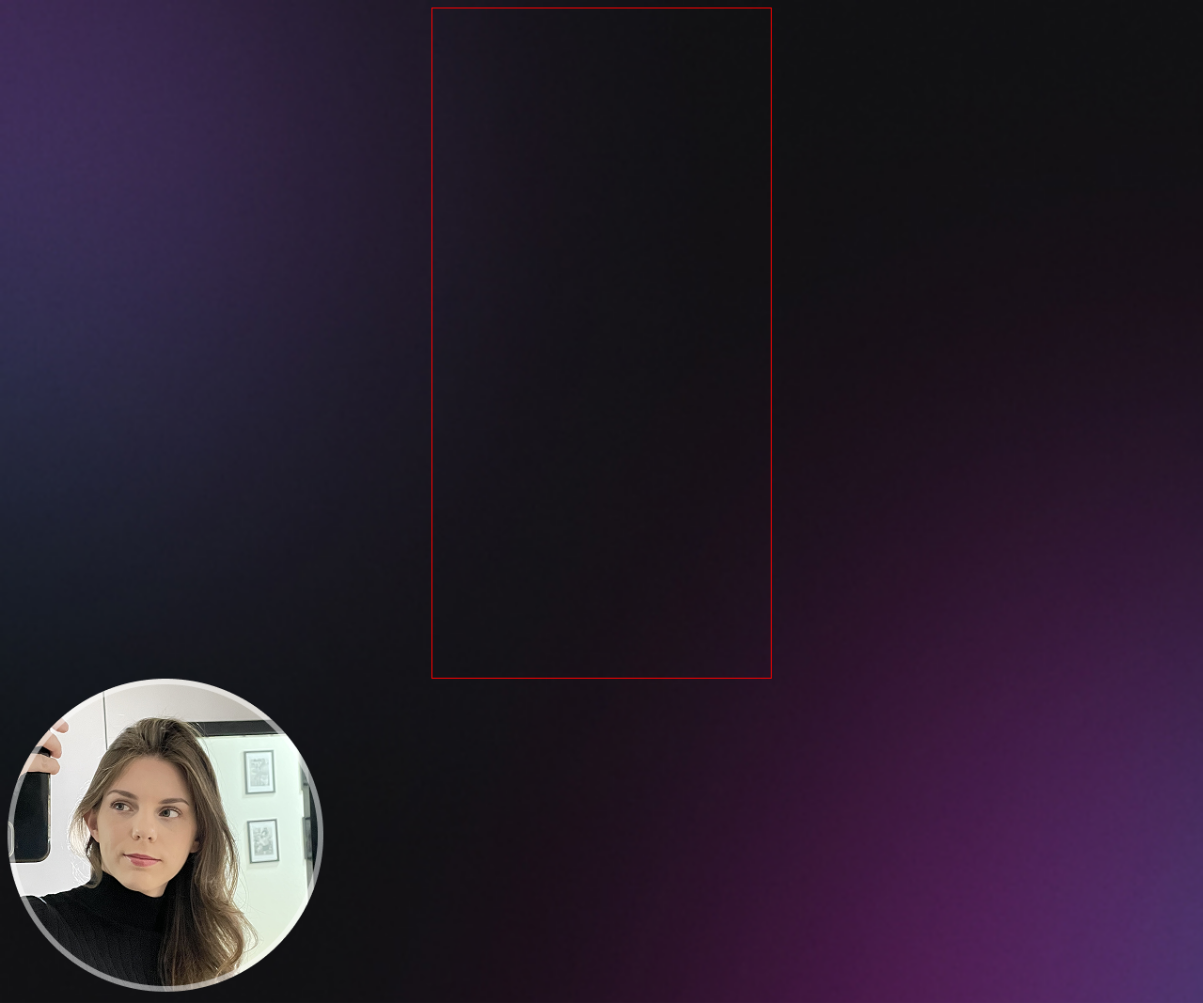
Repository: Fr4nc021/Pagina-de-links-
Page: index.html
The author's editor kept a copy of each file at every save. The page is drawn from the files as they stood at one save, then again after the next save.
The browser window is 1280 px wide. The pictures show the whole page, at 94% of full size.

Above is the page before, as saved 2025-02-06 21:41:19.

After the next save:
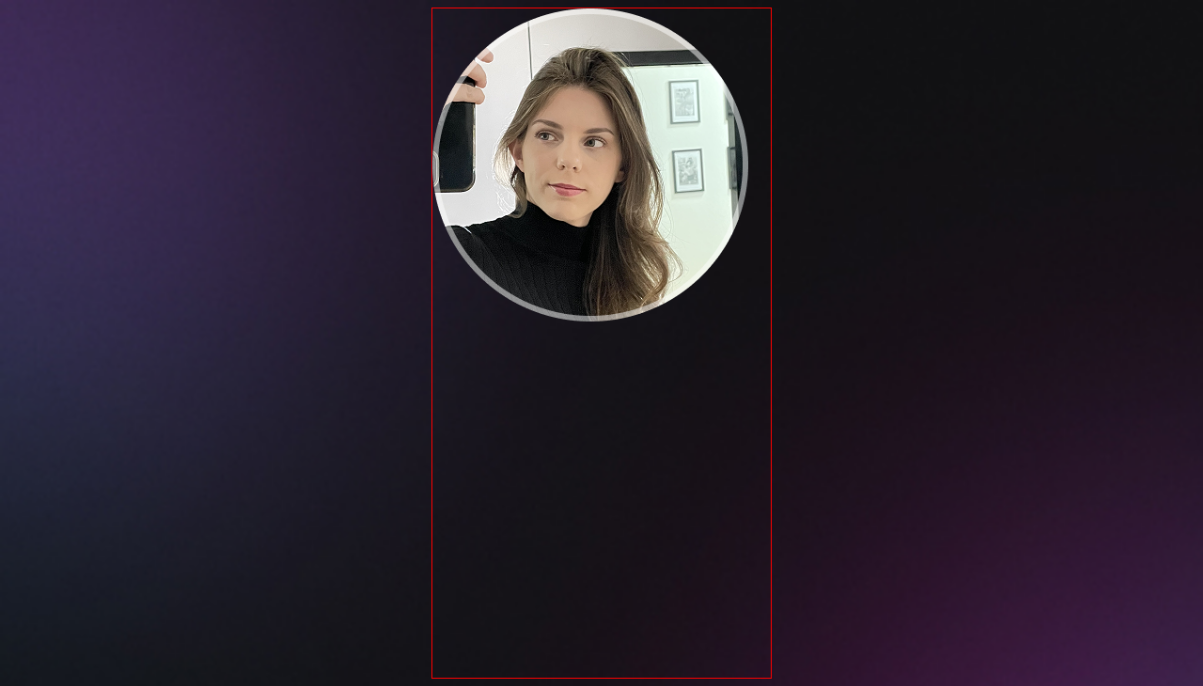
Saved 18 h 25 min later.
--- a/index.html
+++ b/index.html
@@ -7,9 +7,10 @@
     <link rel="stylesheet" href="style.css">
 </head>
 <body>
-    <div id="container"></div>
+    <div id="container">
     <div id="profile">
         <img src="./assets/avatar.png" alt="">
     </div>
+    </div>
 </body>
 </html>
